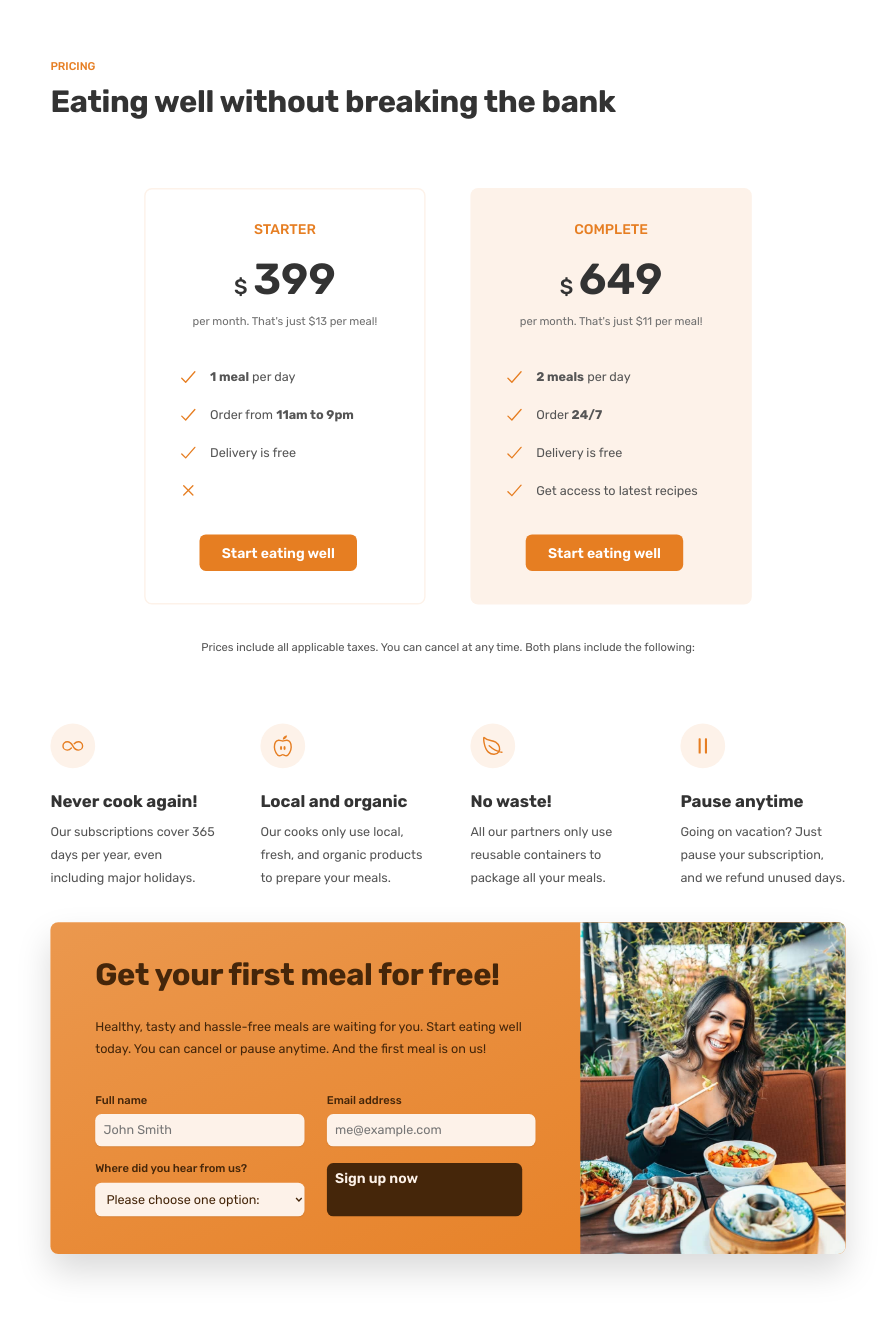
Repository: longvuht/omnifood-vu-nl
Page: index.html
These files come from the project's save history. The page is drawn as it stood at one moment and after the next save; the edit follows.
The browser window is 1280 px wide. The pictures show the part of the page from y = 4521 to 6441 px (the page is 6441 px tall), at 70% of full size.
The style sheet was rebuilt from its Sass, Less or Tailwind sources for each picture, by a compiler version that may differ from the author's.

Above is the page before, as saved 2022-09-20 18:49:10.

After the next save:
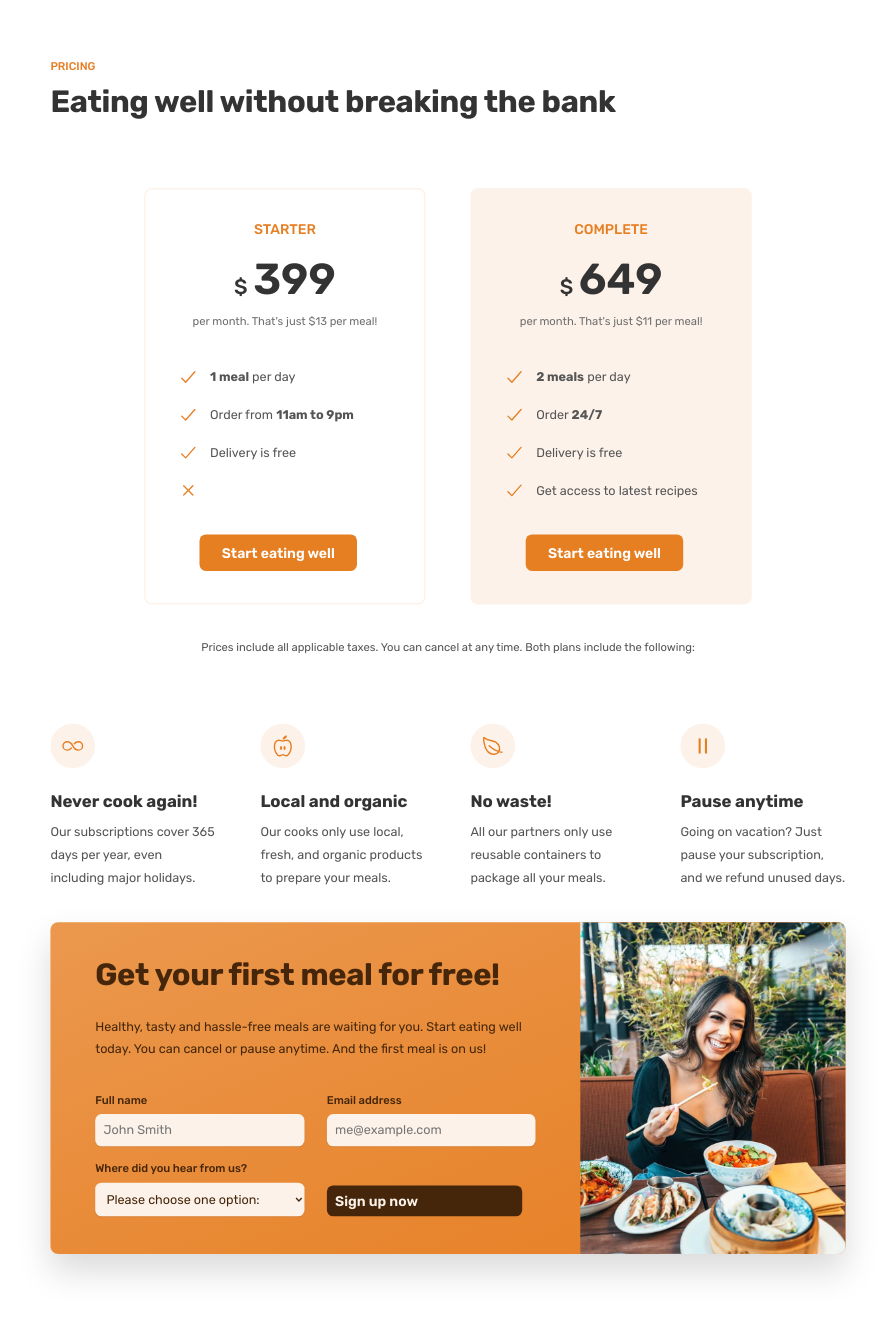
Saved 5 s later.
--- a/sass/_cta.scss
+++ b/sass/_cta.scss
@@ -49,7 +49,7 @@
   &__button {
     background-color: $text-cta-color;
     color: $primary-color;
-    // align-self: end;
+    align-self: end;
     padding: 1.2rem;
   }
 }
